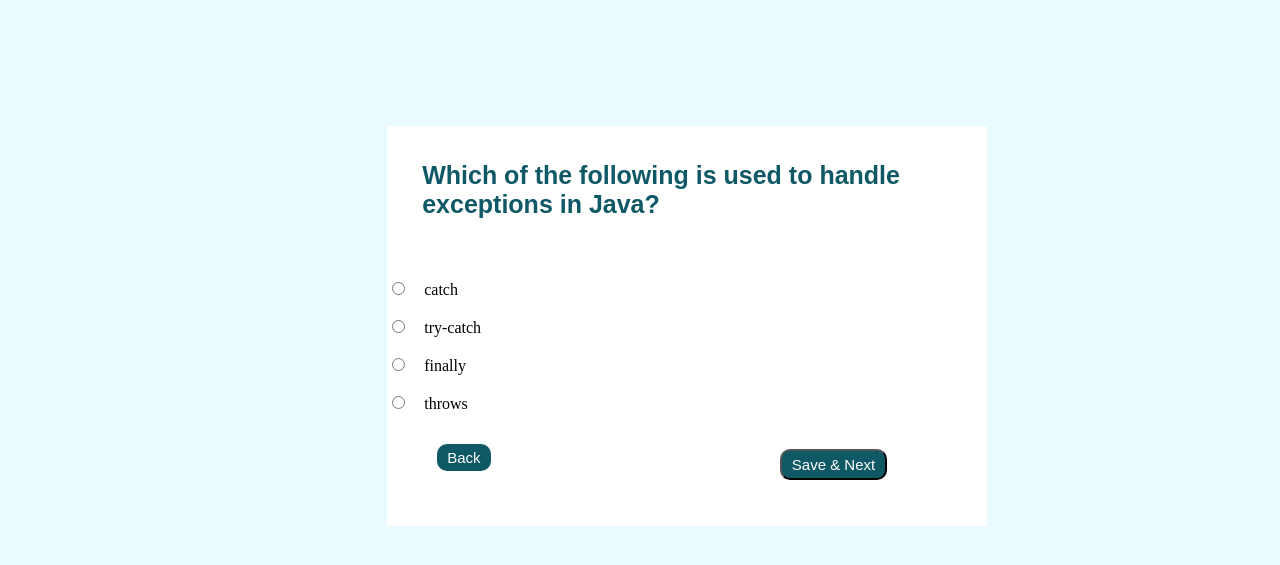
Repository: Rupali-8062Chourasiya5279/Internship_Task_Rupali
Page: Programming Language/quiz/QuizApp/src/main/webapp/First.html
The author's editor kept a copy of each file at every save. The page is drawn from the files as they stood at one save, then again after the next save.
The browser window is 1280 px wide. The pictures show the whole page.

Above is the page before, as saved 2025-01-24 13:52:30.

After the next save:
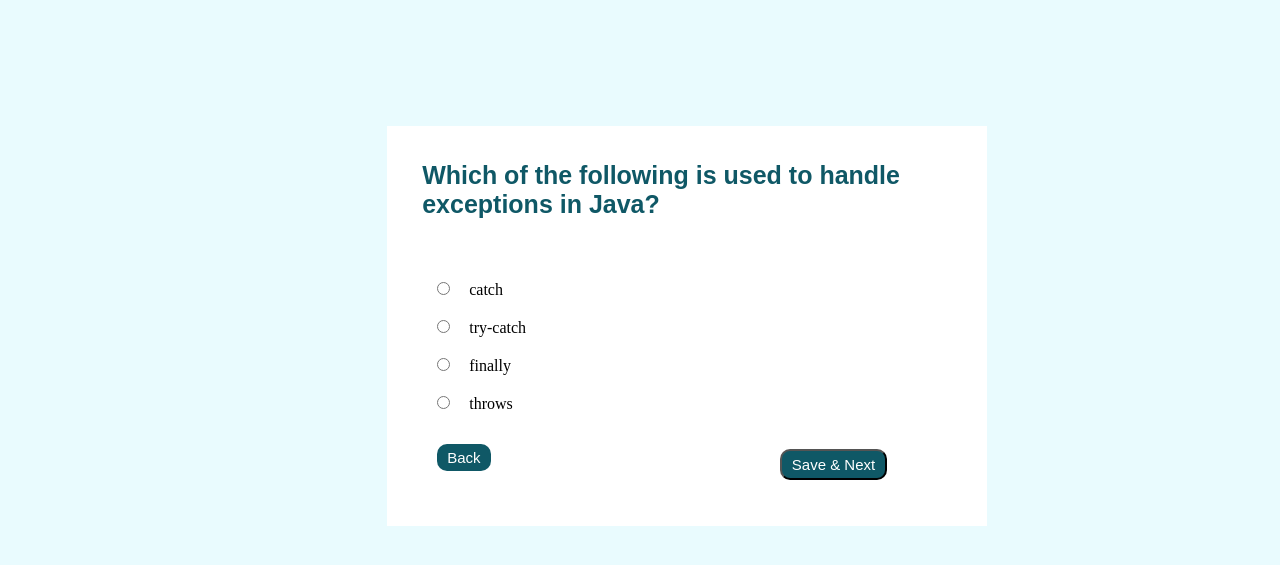
Saved 15 s later.
--- a/Programming Language/quiz/QuizApp/src/main/webapp/First.html
+++ b/Programming Language/quiz/QuizApp/src/main/webapp/First.html
@@ -51,6 +51,10 @@ margin-top: 10%;
  {
  background-color: #e9fbfe;
  }
+ .c1
+ {
+ margin-left: 50px;
+ }
 </style>
 </head>
 <body>
